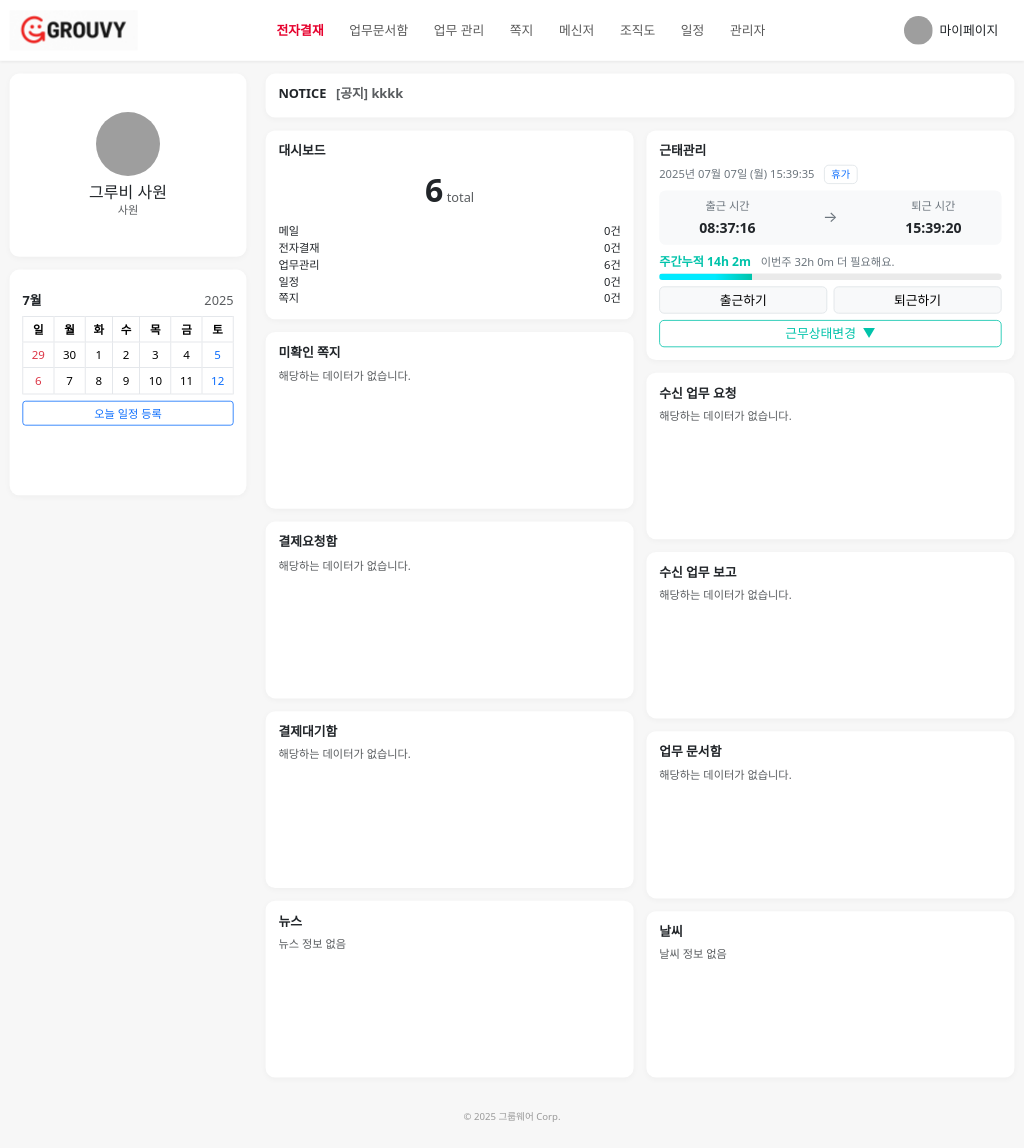
Repository: hyunbin7664/web-java-workspace
Page: groupware/src/main/webapp/index.html
An editor plug-in stored every save of this project. The page is shown before and after the next save, followed by the edit.
The browser window is 1280 px wide. The pictures show the whole page, at 80% of full size.
Pictures or frames that could not be fetched are drawn as grey boxes.

Above is the page before, as saved 2025-07-08 03:10:57.

### groupware/src/main/webapp/index.html
<!DOCTYPE html>
<html lang="ko">
<head>
<meta charset="UTF-8">
<title>GROUVY 메인 화면</title>
<meta name="viewport" content="width=device-width, initial-scale=1">
<!-- Bootstrap CSS CDN -->
<link
	href="https://cdn.jsdelivr.net/npm/bootstrap@5.3.2/dist/css/bootstrap.min.css"
	rel="stylesheet">
<link rel="stylesheet" href="https://cdn.jsdelivr.net/npm/bootstrap-icons@1.11.1/font/bootstrap-icons.css">
<!-- <link rel="stylesheet" href="style.css"> -->
<style type="text/css">
body {
	background: #f7f7f7;
}

.navbar-brand {
	color: #e6002d !important;
	font-size: 1.5rem;
}

.nav-item {
	padding-right: 1rem;
}

.navbar-nav .nav-link.active {
	font-weight: bold;
	color: #e6002d !important;
}

.logo-img {
	width: 160px;
	height: 50px;
	object-fit: cover;
	object-position: center;
}

.navbar .container-fluid {
	padding-right: 2rem;
}

.calendar-table th, .calendar-table td {
	font-size: 0.9rem;
	padding: 0.3rem;
}

.calendar {
	padding-top: 10px;
	padding-bottom: 10px;
	min-height: 250px; /* 원하는 높이 추가 */
}

.card {
	border-radius: 12px;
	border: none;
	box-shadow: 0 2px 8px rgba(0, 0, 0, 0.04);
}

.dashboard-chart {
	margin: 0.5rem 0;
}

@media ( max-width : 991px) {
	.col-lg-2, .col-lg-10 {
		flex: 0 0 100%;
		max-width: 100%;
	}
}
/* 카드 높이 균등 분배 */
.col-lg-6 .row.g-3 {
	height: 100%;
	min-height: 1200px; /* 필요시 조정 */
	display: flex;
	flex-direction: column;
	justify-content: stretch;
}

.col-lg-6 .row.g-3>.col-12 {
	flex: 1 1 0;
	display: flex;
}

.col-lg-6 .card {
	flex: 1 1 0;
	display: flex;
	flex-direction: column; /*세로 방향으로 쌓음*/
	/* justify-content: center; */
}

.attendance-card {
	border-radius: 18px;
	box-shadow: 0 2px 12px rgba(0, 0, 0, 0.06);
	background: #fff;
}

.attendance-card .progress {
	background: #eaeaea;
	border-radius: 8px;
	overflow: visible;
	margin-bottom: 1.5rem;
}

.attendance-card .progress-bar {
	border-radius: 8px;
	min-width: 12px;
}

.attendance-card .progress-label {
	font-size: 0.9rem;
	color: #aaa;
}

.attendance-card .btn-outline-success {
	border-width: 2px;
	font-weight: 600;
	color: #00c3aa;
	border-color: #00c3aa;
}

.attendance-card .btn-outline-success:hover {
	background: #00c3aa;
	color: #fff;
}

footer {
	text-align: center;
	padding: 10px;
	font-size: 12px;
	color: #999;
	margin-top: 30px;      /* 푸터 위쪽 여백 */
	margin-bottom: 20px;
}
</style>
</head>
<body>
	<!-- 네비게이션바 -->
	<nav class="navbar navbar-expand-lg navbar-light bg-white shadow-sm">
		<div class="container-fluid">
			<a class="navbar-brand d-flex align-items-center" href="index.html">
				<span class="logo-crop">
					<img src="grouvy_logo.jpg" alt="GROUVY 로고" class="logo-img">
				</span>
			</a>
			<ul class="navbar-nav mb-2 mb-lg-0">
				<li class="nav-item"><a class="nav-link active" href="#">전자결재</a></li>
				<!-- 커서 active-->
				<li class="nav-item"><a class="nav-link" href="#">업무문서함</a></li>
				<li class="nav-item"><a class="nav-link" href="#">업무 관리</a></li>
				<li class="nav-item"><a class="nav-link" href="#">쪽지</a></li>
				<li class="nav-item"><a class="nav-link" href="#">메신저</a></li>
				<li class="nav-item"><a class="nav-link" href="#">조직도</a></li>
				<li class="nav-item"><a class="nav-link" href="#">일정</a></li>
				<li class="nav-item"><a class="nav-link" href="admin_dashboard.html">관리자</a></li>
			</ul>
			<div class="d-flex align-items-center">
				<a href="mypage.html" >
					<img src="https://search.pstatic.net/sunny/?src=https%3A%2F%2Fs3.orbi.kr%2Fdata%2Ffile%2Funited2%2F6cc64e06aa404ac3a176745b9c1d5bfa.jpeg&type=sc960_832"
							alt="프로필" class="rounded-circle" width="36" height="36">
				</a>
				<a href="mypage.html" class="ms-2 text-decoration-none text-dark">마이페이지</a>
			</div>
		</div>
	</nav>

	<div class="container-fluid mt-3">
		<div class="row">
			<!-- 왼쪽 사이드바 -->
			<div class="col-lg-3 col-md-3 col-12 mb-3">
				<div class="card p-5 mb-3 text-center">
					<img
						src="https://search.pstatic.net/sunny/?src=https%3A%2F%2Fs3.orbi.kr%2Fdata%2Ffile%2Funited2%2F6cc64e06aa404ac3a176745b9c1d5bfa.jpeg&type=sc960_832"
						alt="프로필" class="rounded-circle mx-auto" width="80" height="80">
					<h5 class="mt-2 mb-0">그루비 사원</h5>
					<small class="text-muted">사원</small>
				</div>
				<div class="card p-3 mb-3">
					<div class="calendar">
						<div
							class="d-flex justify-content-between align-items-center mb-2">
							<span class="fw-bold">7월</span> <span class="text-muted">2025</span>
						</div>
						<!-- 간단한 캘린더 예시 -->
						<table
							class="table table-bordered text-center mb-2 calendar-table">
							<tr>
								<th>일</th>
								<th>월</th>
								<th>화</th>
								<th>수</th>
								<th>목</th>
								<th>금</th>
								<th>토</th>
							</tr>
							<tr>
								<td class="text-danger">29</td>
								<td>30</td>
								<td>1</td>
								<td>2</td>
								<td>3</td>
								<td>4</td>
								<td class="text-primary">5</td>
							</tr>
							<tr>
								<td class="text-danger">6</td>
								<td>7</td>
								<td>8</td>
								<td>9</td>
								<td>10</td>
								<td>11</td>
								<td class="text-primary">12</td>
							</tr>
							<!-- 필요에 따라 추가 -->
						</table>
						<button class="btn btn-sm btn-outline-primary w-100">오늘
							일정 등록</button>
					</div>
				</div>
			</div>

			<!-- 메인 컨텐츠 -->
			<div class="col-lg-9 col-md-9 col-12">
				<div class="row g-3">
					<!-- 공지 -->
					<div class="col-12">
						<div class="card p-3">
							<h6 class="mb-1 fw-bold">
								NOTICE <span class="text-muted ms-2">[공지] kkkk</span>
							</h6>
						</div>
					</div>
					<!-- 대시보드/근태관리/미확인 쪽지/결제요청함/결제대기함/수신 업무 요청/수신 업무 보고/업무 문서함/날씨/뉴스 -->
					<div class="col-lg-6 col-md-6 col-12 d-flex flex-column">
						<div class="row flex-grow-1 min-vh-50 g-3">
							<div class="col-12">
								<div class="card p-3 h-100">
									<h6 class="fw-bold mb-2">대시보드</h6>
									<div class="dashboard-chart text-center">
										<span class="display-6 fw-bold">6</span> <span
											class="text-muted">total</span>
									</div>
									<ul class="list-unstyled mt-2 mb-0 small">
										<li>메일 <span class="float-end">0건</span></li>
										<li>전자결재 <span class="float-end">0건</span></li>
										<li>업무관리 <span class="float-end">6건</span></li>
										<li>일정 <span class="float-end">0건</span></li>
										<li>쪽지 <span class="float-end">0건</span></li>
									</ul>
								</div>
							</div>

							<div class="col-12">
								<div class="card p-3 h-100">
									<h6 class="fw-bold mb-2">미확인 쪽지</h6>
									<div class="text-muted small">해당하는 데이터가 없습니다.</div>
								</div>
							</div>
							<div class="col-12">
								<div class="card p-3 h-100">
									<h6 class="fw-bold mb-2">결제요청함</h6>
									<div class="text-muted small">해당하는 데이터가 없습니다.</div>
								</div>
							</div>
							<div class="col-12">
								<div class="card p-3 h-100">
									<h6 class="fw-bold mb-2">결제대기함</h6>
									<div class="text-muted small">해당하는 데이터가 없습니다.</div>
								</div>
							</div>
							<div class="col-12">
								<div class="card p-3 h-100">
									<h6 class="fw-bold mb-2">뉴스</h6>
									<div class="text-muted small">뉴스 정보 없음</div>
								</div>
							</div>
						</div>
					</div>
					<div class="col-lg-6 col-md-6 col-12 d-flex flex-column">
						<div class="row flex-grow-1 min-vh-50 g-3">
							<div class="col-12">
								<div class="card p-3 h-100">
									<h6 class="fw-bold mb-2">근태관리</h6>
									<div class="mb-2 text-secondary small">
										2025년 07월 07일 (월) 15:39:35 <span
											class="badge bg-white border text-primary ms-2"
											style="font-size: 0.8rem; font-weight: 500;">휴가</span>
									</div>
									<div
										class="bg-light rounded-3 py-2 px-2 mb-2 d-flex align-items-center justify-content-between flex-wrap">
										<div class="text-center flex-fill">
											<div class="text-secondary mb-1 small">출근 시간</div>
											<div class="fw-bold" style="font-size: 1.1rem;">08:37:16</div>
										</div>
										<div class="text-center flex-fill">
											<span class="text-secondary" style="font-size: 1.2rem;">→</span>
										</div>
										<div class="text-center flex-fill">
											<div class="text-secondary mb-1 small">퇴근 시간</div>
											<div class="fw-bold" style="font-size: 1.1rem;">15:39:20</div>
										</div>
									</div>
									<div class="mb-1">
										<span class="fw-bold"
											style="color: #00c3aa; font-size: 0.95rem;">주간누적 14h
											2m</span> <span class="text-secondary ms-2 small">이번주 32h 0m
											더 필요해요.</span>
									</div>
									<div class="progress position-relative mb-2"
										style="height: 8px; background: #eaeaea;">
										<div class="progress-bar" role="progressbar"
											style="width: 27%; background: linear-gradient(90deg, #00eaff 60%, #00c3aa 100%);"
											aria-valuenow="14" aria-valuemin="0" aria-valuemax="52"></div>
										<span class="position-absolute start-0 translate-middle-y"
											style="top: 16px; font-size: 0.8rem; color: #aaa;">0h</span>
										<span class="position-absolute"
											style="left: 75%; top: 16px; font-size: 0.8rem; color: #aaa;">40h</span>
										<span class="position-absolute end-0 translate-middle-y"
											style="top: 16px; font-size: 0.8rem; color: #aaa;">52h</span>
									</div>
									<div class="d-flex gap-2 mb-2">
										<button class="btn btn-light flex-fill border py-1 px-1 small">출근하기</button>
										<button class="btn btn-light flex-fill border py-1 px-1 small">퇴근하기</button>
									</div>
									<button class="btn btn-outline-success w-100 py-1 px-1 small"
										style="font-weight: 500; border-color: #00c3aa; color: #00c3aa;">
										근무상태변경 <span class="ms-1">&#9660;</span>
									</button>
								</div>
							</div>
							<div class="col-12">
								<div class="card p-3 h-100">
									<h6 class="fw-bold mb-2">수신 업무 요청</h6>
									<div class="text-muted small">해당하는 데이터가 없습니다.</div>
								</div>
							</div>
							<div class="col-12">
								<div class="card p-3 h-100">
									<h6 class="fw-bold mb-2">수신 업무 보고</h6>
									<div class="text-muted small">해당하는 데이터가 없습니다.</div>
								</div>
							</div>
							<div class="col-12">
								<div class="card p-3 h-100">
									<h6 class="fw-bold mb-2">업무 문서함</h6>
									<div class="text-muted small">해당하는 데이터가 없습니다.</div>
								</div>
							</div>
							<div class="col-12">
								<div class="card p-3 h-100">
									<h6 class="fw-bold mb-2">날씨</h6>
									<div class="text-muted small">날씨 정보 없음</div>
								</div>
							</div>
						</div>
					</div>
				</div>
				<!-- row -->
			</div>
		</div>
	</div>
	<footer> © 2025 그룹웨어 Corp. </footer>
</body>
</html>

After the next save:
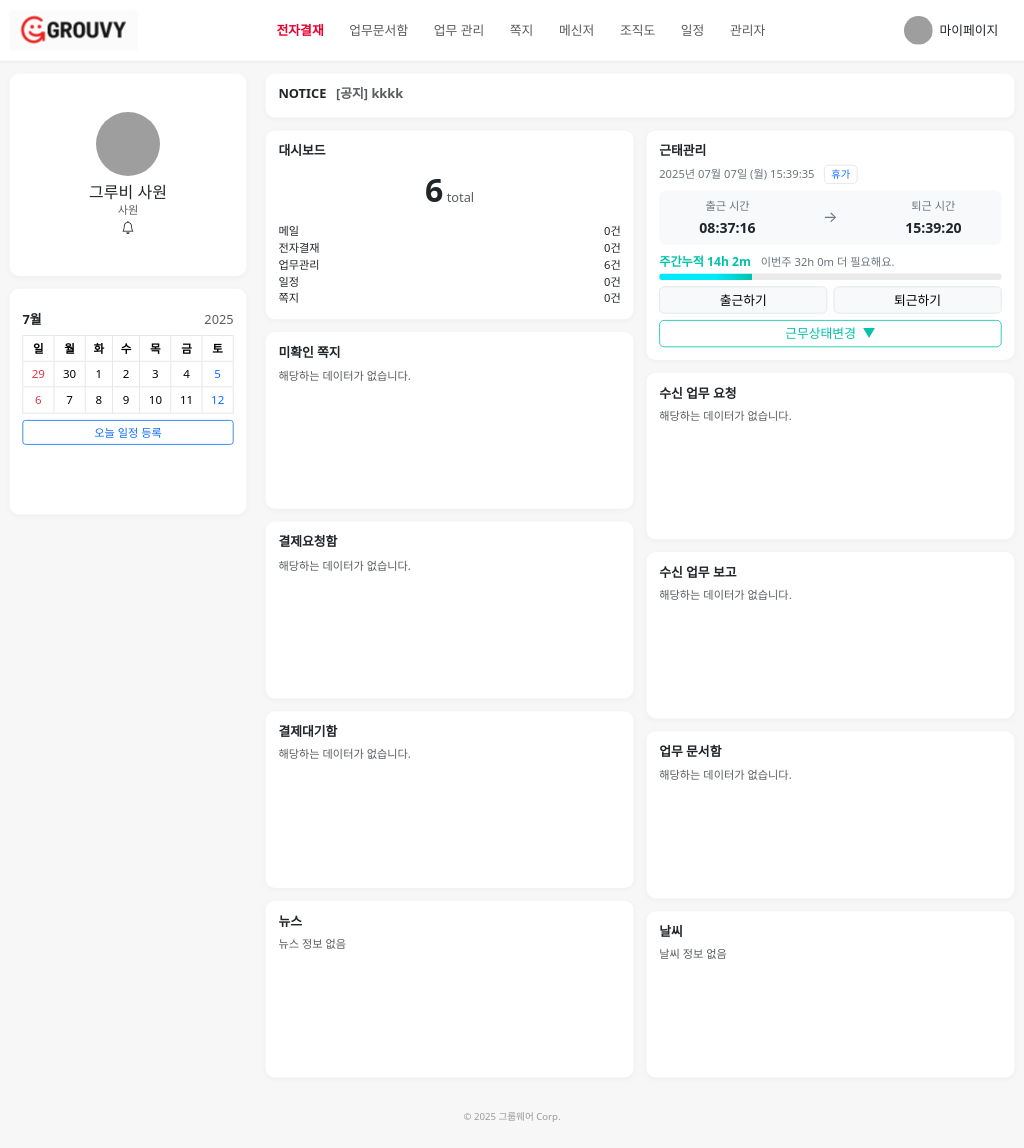
Saved 19 s later.
--- a/groupware/src/main/webapp/index.html
+++ b/groupware/src/main/webapp/index.html
@@ -173,6 +173,7 @@ footer {
 						alt="프로필" class="rounded-circle mx-auto" width="80" height="80">
 					<h5 class="mt-2 mb-0">그루비 사원</h5>
 					<small class="text-muted">사원</small>
+					<i class="bi bi-bell"></i>
 				</div>
 				<div class="card p-3 mb-3">
 					<div class="calendar">
